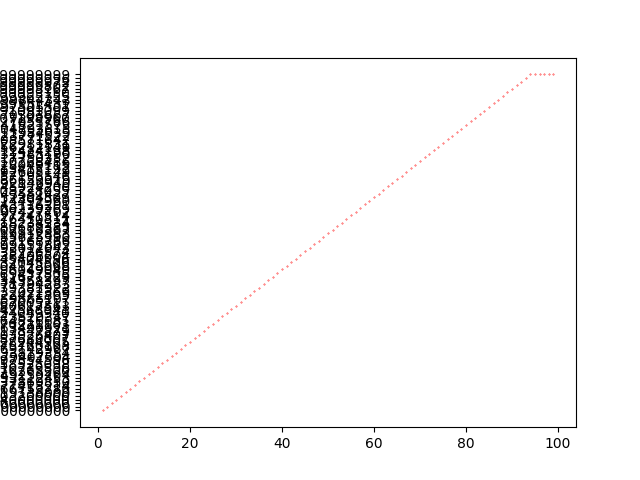
Repository: GreenSheep-Studio/PythonLearning
Script's output: python ArknightsP.py
These files come from the project's save history. The script's output is drawn as it stood at one moment and after the next save; the edit follows.
Random numbers start from a fixed seed.

Above is the script's output before, as saved 2023-11-06 15:13:40.

### ArknightsP.py
import matplotlib.pyplot as plt
import numpy as np
def P(x):
    if x <= 50:
        return 0.02
    elif x > 50:
        return 0.02 + ((x - 50) * 0.02)
def Posty(x):
    PostyNum = 1
    for i in range(1, x):
        PostyNum = PostyNum * (1- P(i))
    return PostyNum * P(x)
def PostySum(x):
    Sum = 0
    for i in range(1, x + 1):
        Sum += Posty(i)
    return Sum
def Ecp(x):
    Sum = 0
    for i in range(1, x + 1):
        Sum = Sum + (Posty(i) * i)
    return Sum
def main():
    x = 1
    ListP = []
    ListX = []
    while P(x) <= 1:
        ListX.append(x)
        ListP.append(f"{PostySum(x):.15f}")
        x += 1
    for i, j in zip(ListX, ListP):
        print(i, j)
    plt.scatter(ListX, ListP,s=0.1, c="red")
    plt.show()
    print(f"{Ecp(x)}")
if __name__ == "__main__":
    main()

After the next save:
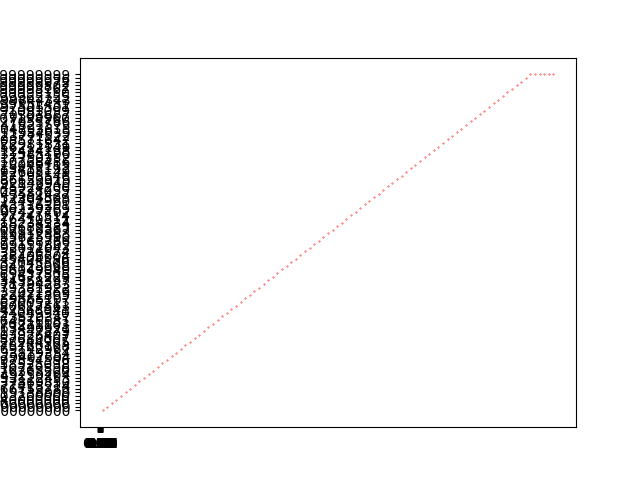
Saved 2 min 21 s later.
--- a/ArknightsP.py
+++ b/ArknightsP.py
@@ -30,6 +30,8 @@
         x += 1
     for i, j in zip(ListX, ListP):
         print(i, j)
+    y_ticks = np.arange(0, 1, 0.01)
+    plt.xticks(y_ticks)
     plt.scatter(ListX, ListP,s=0.1, c="red")
     plt.show()
     print(f"{Ecp(x)}")

After the save that followed:
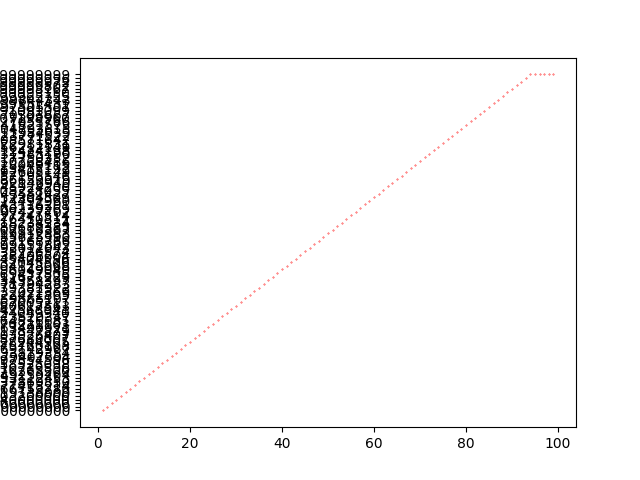
Saved 16 s later.
--- a/ArknightsP.py
+++ b/ArknightsP.py
@@ -30,8 +30,6 @@
         x += 1
     for i, j in zip(ListX, ListP):
         print(i, j)
-    y_ticks = np.arange(0, 1, 0.01)
-    plt.xticks(y_ticks)
     plt.scatter(ListX, ListP,s=0.1, c="red")
     plt.show()
     print(f"{Ecp(x)}")
